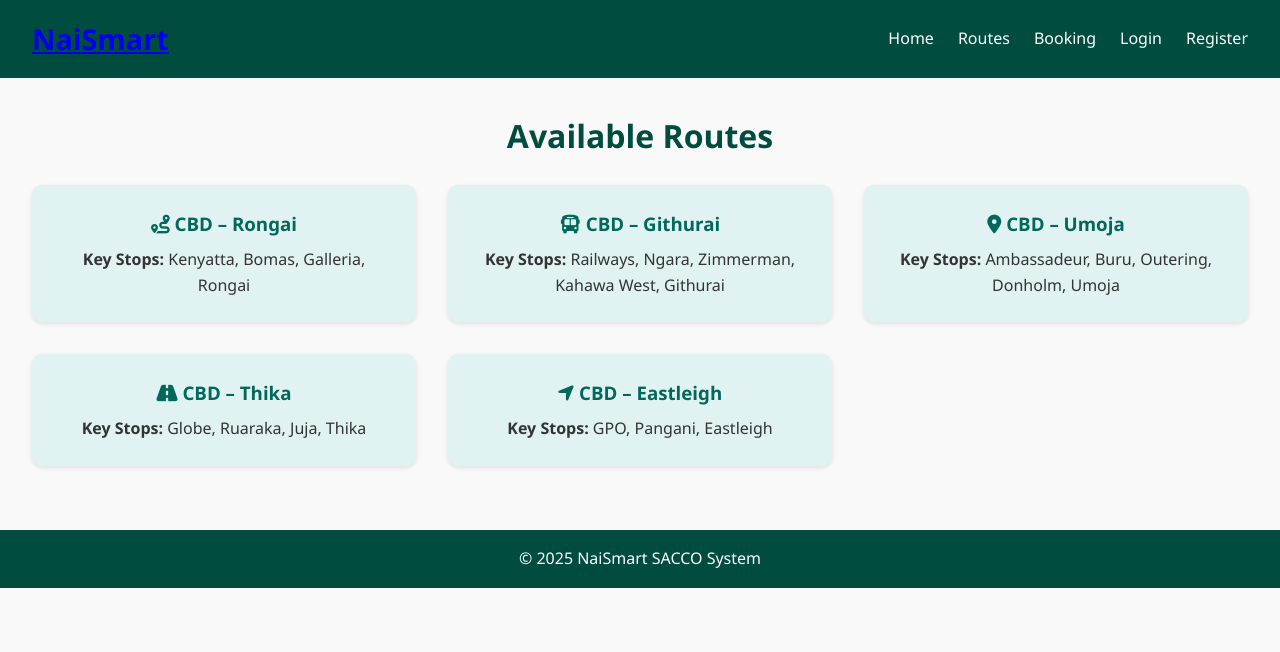
Repository: Ndegwa2/sacco
Page: Client/routes.html
The author's editor kept a copy of each file at every save. The page is drawn from the files as they stood at one save, then again after the next save.
The browser window is 1280 px wide. The pictures show the whole page.

Above is the page before, as saved 2025-07-25 14:54:49.

After the next save:
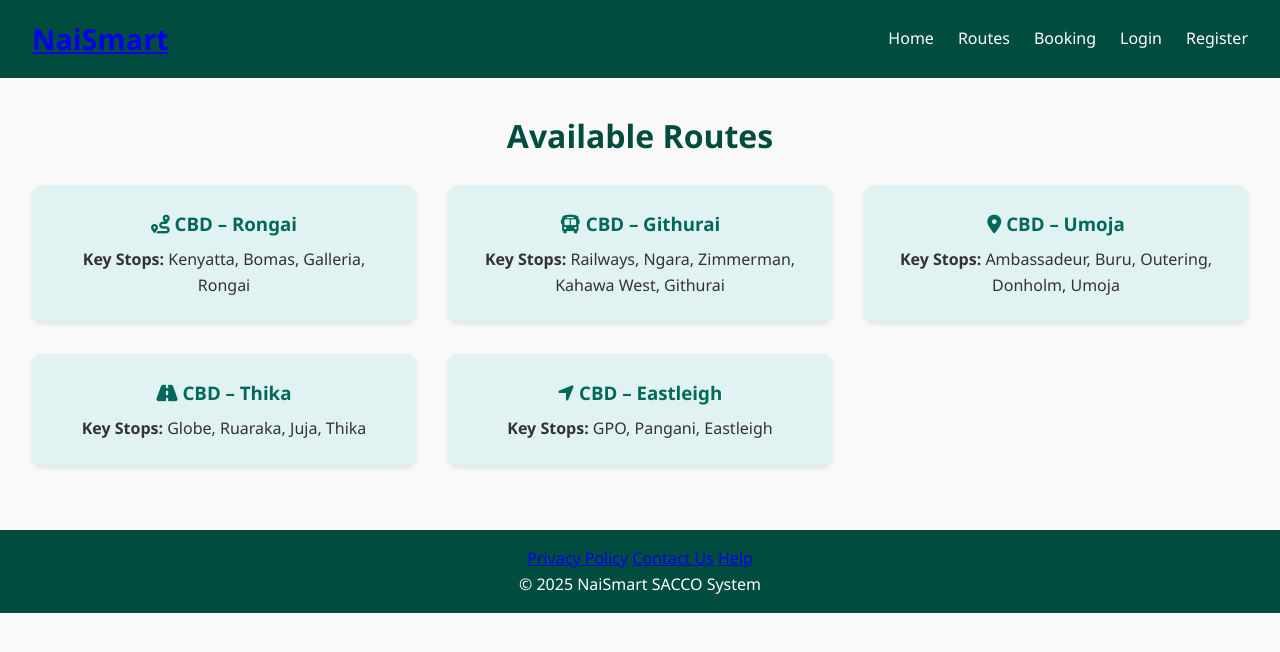
Saved 10 s later.
--- a/Client/routes.html
+++ b/Client/routes.html
@@ -48,6 +48,11 @@
   </section>
 
   <footer>
+    <div class="footer-links">
+      <a href="#">Privacy Policy</a>
+      <a href="#">Contact Us</a>
+      <a href="#">Help</a>
+    </div>
     <p>&copy; 2025 NaiSmart SACCO System</p>
   </footer>
 
